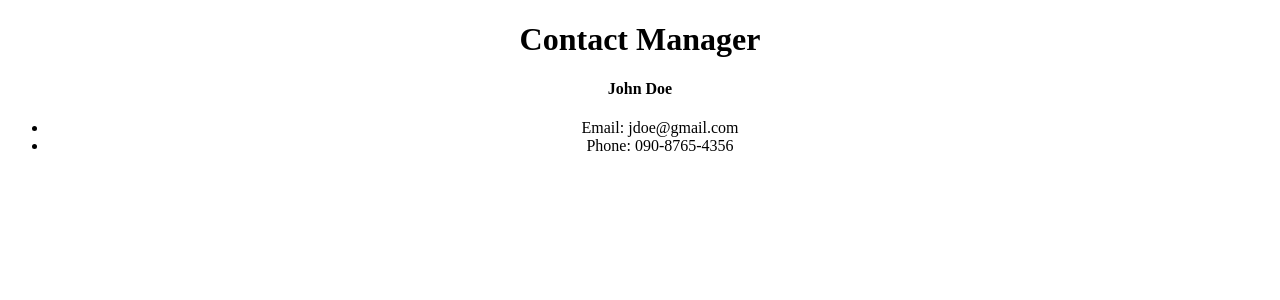
Repository: IkennaU/contactmanager
Page: /contact/add
These files come from the project's save history. The page is drawn as it stood at one moment and after the next save; the edit follows.
The browser window is 1280 px wide. The pictures show the whole page.
The project was rebuilt for these pictures with package versions that can differ from the ones it lists, and the page was loaded fresh each time.

Above is the page before, as saved 2020-07-20 13:31:31.

### public/index.html
<!DOCTYPE html>
<html lang="en">
  <head>
    <meta charset="utf-8" />
    <link rel="icon" href="%PUBLIC_URL%/favicon.ico" />
    <meta name="viewport" content="width=device-width, initial-scale=1" />
    <meta name="theme-color" content="#000000" />
    <meta
      name="description"
      content="Web site created using create-react-app"
    />
    <link rel="apple-touch-icon" href="%PUBLIC_URL%/logo192.png" />
    <!--
      manifest.json provides metadata used when your web app is installed on a
      user's mobile device or desktop. See https://developers.google.com/web/fundamentals/web-app-manifest/
    -->
    <link rel="manifest" href="%PUBLIC_URL%/manifest.json" />
    <!--
      Notice the use of %PUBLIC_URL% in the tags above.
      It will be replaced with the URL of the `public` folder during the build.
      Only files inside the `public` folder can be referenced from the HTML.

      Unlike "/favicon.ico" or "favicon.ico", "%PUBLIC_URL%/favicon.ico" will
      work correctly both with client-side routing and a non-root public URL.
      Learn how to configure a non-root public URL by running `npm run build`.
    -->
    <title>Contact Manager</title>
  </head>
  <body>
    <noscript>You need to enable JavaScript to run this app.</noscript>
    <div id="root"></div>
    <!--
      This HTML file is a template.
      If you open it directly in the browser, you will see an empty page.

      You can add webfonts, meta tags, or analytics to this file.
      The build step will place the bundled scripts into the <body> tag.

      To begin the development, run `npm start` or `yarn start`.
      To create a production bundle, use `npm run build` or `yarn build`.
    -->
  </body>
</html>

### src/App.js
import React from "react";
import Contact from "./components/Contact";
import Header from "./components/Header";

import "./App.css";

function App() {
  return (
    <div className="App">
      <Header branding="Contact Manager" />
      <Contact />
    </div>
  );
}

export default App;

### src/components/Contact.js
import React, { Component } from "react";

class Contact extends Component {
  render() {
    return (
      <div>
        <h4>John Doe</h4>
        <ul>
          <li>Email: jdoe@gmail.com</li>
          <li>Phone: 090-8765-4356</li>
        </ul>
      </div>
    );
  }
}

export default Contact;

### src/components/Header.js
import React from "react";

function Header(props) {
  return (
    <div>
      <h1>{props.branding}</h1>
    </div>
  );
}

export default Header;

Loaded but not shown: src/index.js (common file); src/serviceWorker.js (common file); src/App.css (common file)

After the next save:
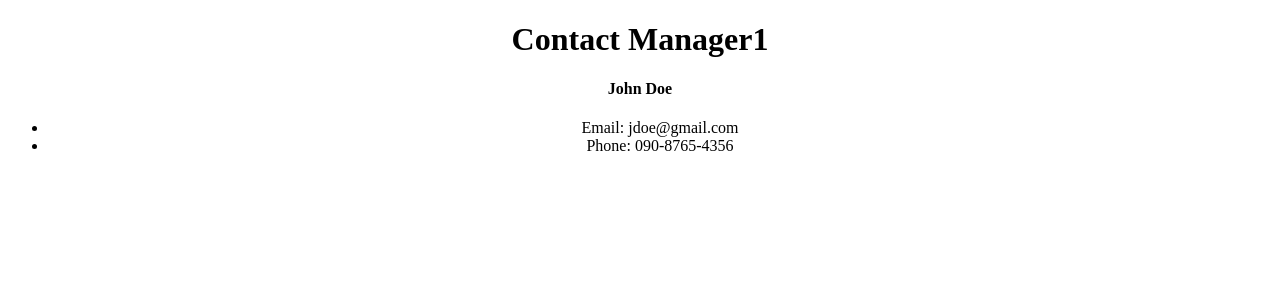
Saved 54 s later.
--- a/src/App.js
+++ b/src/App.js
@@ -7,7 +7,7 @@
 function App() {
   return (
     <div className="App">
-      <Header branding="Contact Manager" />
+      <Header branding="Contact Manager1" />
       <Contact />
     </div>
   );

After the save that followed:
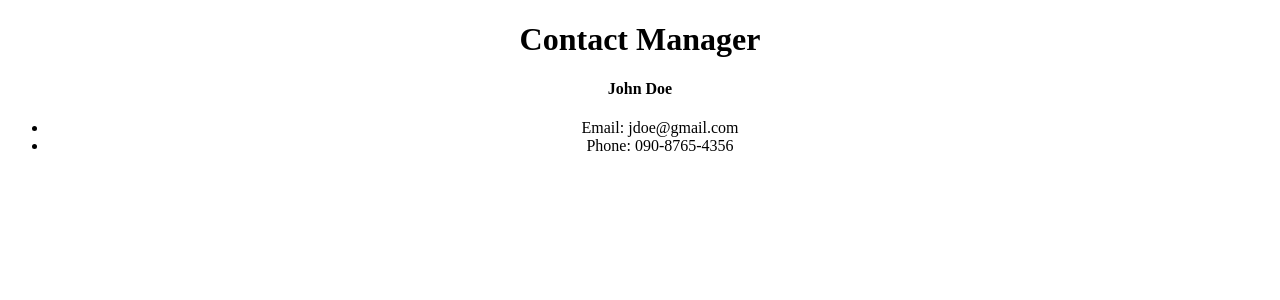
Saved 11 s later.
--- a/src/App.js
+++ b/src/App.js
@@ -7,7 +7,7 @@
 function App() {
   return (
     <div className="App">
-      <Header branding="Contact Manager1" />
+      <Header branding="Contact Manager" />
       <Contact />
     </div>
   );
